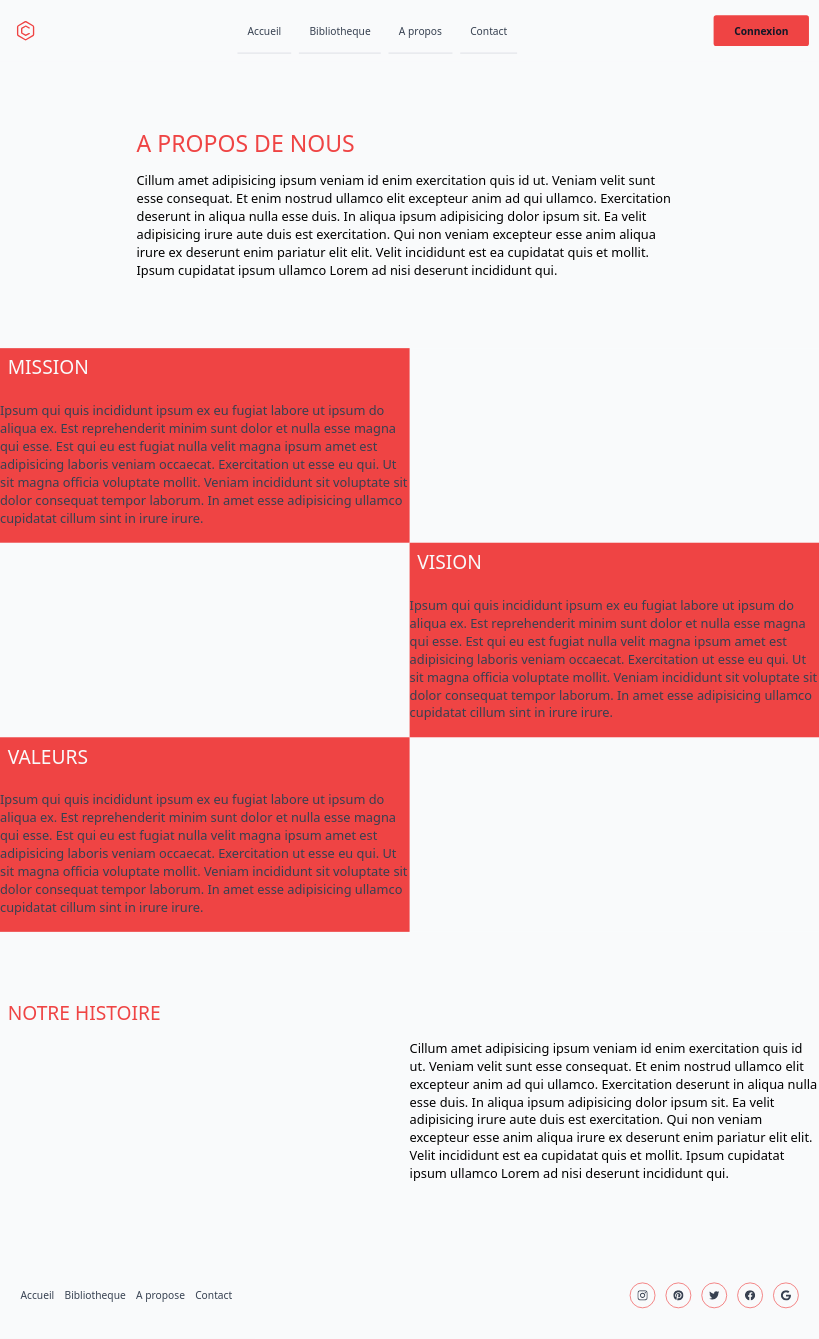
Repository: erulabs243/museum
Page: /about
These files come from the project's save history. The page is drawn as it stood at one moment and after the next save; the edit follows.
The browser window is 1280 px wide. The pictures show the whole page, at 64% of full size.
The project was rebuilt for these pictures with package versions that can differ from the ones it lists, and the page was loaded fresh each time. Also part of the build but not shown: vite.config.js, src/pages/admin/Home.jsx, src/pages/commons/NotFound.jsx, src/components/atoms/TagBadge.jsx, src/components/atoms/MyAudioPlayer.jsx, src/components/atoms/MyVideoPlayer.jsx, src/components/atoms/MediaCard.jsx, src/components/sections/Testimonial.jsx and 16 more.

Above is the page before, as saved 2022-08-10 14:33:42.

### index.html
<!DOCTYPE html>
<html lang="en">
  <head>
    <meta charset="UTF-8" />
    <link rel="icon" type="image/svg+xml" href="/vite.svg" />
    <link rel="stylesheet" href="src/theme/App.css">
    <meta name="viewport" content="width=device-width, initial-scale=1.0" />
    <title>Museum...</title>
  </head>
  <body class="bg-gray-50">
    <div id="root"></div>
    <script type="module" src="/src/main.jsx"></script>
  </body>
</html>

### src/App.jsx
'use strict';

import {BrowserRouter, Route, Routes} from 'react-router-dom';
import { AdminRoutes, CommonsRoutes, UserRoutes, AuthRoutes } from './routes';

const App = () => {
  return (
      <BrowserRouter>
        <Routes>
          {AuthRoutes.map(route => <Route path={route.path} key={route.path} element={route.element} />)}
          {UserRoutes.map(route => <Route path={route.path} key={route.path} element={route.element} />)}
          {AdminRoutes.map(route => <Route path={route.path} key={route.path} element={route.element} />)}
          {CommonsRoutes.map(route => <Route path={route.path} key={route.path} element={route.element} />)}
        </Routes>
      </BrowserRouter>
  );
};

export default App

### src/routes/index.jsx
'use strict';

import AdminRoutes from "./AdminRoutes";
import CommonsRoutes from "./CommonsRoutes";
import UserRoutes from "./UserRoutes";
import AuthRoutes from "./AuthRoutes";

export {UserRoutes, AdminRoutes, CommonsRoutes, AuthRoutes};

### src/routes/AdminRoutes.jsx
'use strict';

import { Home } from "../pages/admin";

const AdminRoutes = [
    {
        path: '/admin',
        element: <Home />
    }
];

export default AdminRoutes;

### src/routes/CommonsRoutes.jsx
'use strict';

import {NotFound} from '../pages/commons';

const CommonsRoutes = [
    {
        path: '*',
        element: <NotFound />
    }
]

export default CommonsRoutes;

### src/routes/UserRoutes.jsx
'use strict';

import {
    About,
    Contact,
    Gallery,
    Home,
    Library,
    Podcast,
    Story,
    Testimonials,
    Videos
} from '../pages/user';

const UserRoutes = [
    {
        path: '/',
        element: <Home />
    },
    {
        path: '/contact',
        element: <Contact />
    },
    {
        path: '/library',
        element: <Library />
    },
    {
        path: '/stories',
        element: <Testimonials />
    },
    {
        path: '/stories/:slug',
        element: <Story />
    },
    {
        path: '/gallery',
        element: <Gallery />
    },
    {
        path: '/videos',
        element: <Videos />
    },
    {
        path: '/podcast',
        element: <Podcast />
    },
    {
        path: '/about',
        element: <About />
    }
];

export default UserRoutes;

### src/routes/AuthRoutes.jsx
'use strict';

import {Login} from '../pages/auth';

const AuthRoutes = [
    {
        path: '/login',
        element: <Login />
    }
];

export default AuthRoutes;

### src/pages/admin/index.jsx
'use strict';

import Home from './Home';

export {Home};

### src/pages/commons/index.jsx
'use strict';

import NotFound from './NotFound';

export {NotFound};

### src/pages/user/index.jsx
'use strict';

import Blog from './Blog';
import Contact from './Contact';
import Gallery from './Gallery';
import Library from './Library';
import Podcast from './Podcast';
import Testimonials from './Testimonials';
import Videos from './Videos';
import Home from './Home';
import Story from './Story';
import About from './About';

export { Home, Blog, Contact, Gallery, Library, Podcast, Testimonials, Videos, Story, About };

### src/pages/auth/index.jsx
'use strict';

import Login from "./Login";

export {Login};

### src/pages/user/About.jsx
'use strict';

import { Footer, Navbar } from '../../components/sections';

const About = () => {
    return (
        <main>
            <Navbar />

            {/* ABOUT */}
            <section className="py-12 px-12 md:px-0 md:py-24 bg-gray-50">
                <div className="flex flex-col w-full md:w-2/3 mx-auto">
                    <h1 className="uppercase text-4xl text-red-500 py-3">A propos de nous</h1>
                    <div className="sm:grid sm:grid-cols-2 py-3">
                        <p className="text-xl">
                            Cillum amet adipisicing ipsum veniam id enim exercitation quis id ut.
                            Veniam velit sunt esse consequat. Et enim nostrud ullamco elit excepteur
                            anim ad qui ullamco. Exercitation deserunt in aliqua nulla esse duis. In
                            aliqua ipsum adipisicing dolor ipsum sit. Ea velit adipisicing irure
                            aute duis est exercitation. Qui non veniam excepteur esse anim aliqua
                            irure ex deserunt enim pariatur elit elit. Velit incididunt est ea
                            cupidatat quis et mollit. Ipsum cupidatat ipsum ullamco Lorem ad nisi
                            deserunt incididunt qui.
                        </p>
                    </div>
                </div>
            </section>

            {/* MISSION */}
            <section>
                <div className="grid grid-cols-1 md:grid-cols-2">
                    <div className="bg-red-500 text-gray-50 p-24">
                        <h1 className="text-3xl text-left py-3 px-3 uppercase">Mission</h1>
                        <p className="text-xl w-2/3 text-gray-700 mx-auto py-6">
                            Ipsum qui quis incididunt ipsum ex eu fugiat labore ut ipsum do aliqua
                            ex. Est reprehenderit minim sunt dolor et nulla esse magna qui esse. Est
                            qui eu est fugiat nulla velit magna ipsum amet est adipisicing laboris
                            veniam occaecat. Exercitation ut esse eu qui. Ut sit magna officia
                            voluptate mollit. Veniam incididunt sit voluptate sit dolor consequat
                            tempor laborum. In amet esse adipisicing ullamco cupidatat cillum sint
                            in irure irure.
                        </p>
                    </div>
                </div>
            </section>

            {/* VISION */}
            <section>
                <div className="grid grid-cols-2">
                    <div></div>
                    <div className="bg-red-500 text-gray-50 p-24">
                        <h1 className="text-3xl text-right py-3 px-3 uppercase">Vision</h1>
                        <p className="text-xl w-2/3 text-gray-700 mx-auto py-6">
                            Ipsum qui quis incididunt ipsum ex eu fugiat labore ut ipsum do aliqua
                            ex. Est reprehenderit minim sunt dolor et nulla esse magna qui esse. Est
                            qui eu est fugiat nulla velit magna ipsum amet est adipisicing laboris
                            veniam occaecat. Exercitation ut esse eu qui. Ut sit magna officia
                            voluptate mollit. Veniam incididunt sit voluptate sit dolor consequat
                            tempor laborum. In amet esse adipisicing ullamco cupidatat cillum sint
                            in irure irure.
                        </p>
                    </div>
                </div>
            </section>

            {/* VALUES */}
            <section>
                <div className="grid grid-cols-2">
                    <div className="bg-red-500 text-gray-50 p-24">
                        <h1 className="text-3xl text-left py-3 px-3 uppercase">Valeurs</h1>
                        <p className="text-xl w-2/3 text-gray-700 mx-auto py-6">
                            Ipsum qui quis incididunt ipsum ex eu fugiat labore ut ipsum do aliqua
                            ex. Est reprehenderit minim sunt dolor et nulla esse magna qui esse. Est
                            qui eu est fugiat nulla velit magna ipsum amet est adipisicing laboris
                            veniam occaecat. Exercitation ut esse eu qui. Ut sit magna officia
                            voluptate mollit. Veniam incididunt sit voluptate sit dolor consequat
                            tempor laborum. In amet esse adipisicing ullamco cupidatat cillum sint
                            in irure irure.
                        </p>
                    </div>
                </div>
            </section>

            {/* STORY */}
            <section className="py-24 bg-gray-50">
                <div className="flex flex-col w-2/3 mx-auto">
                    <h1 className="text-3xl text-red-500 py-3 px-3 uppercase text-right">
                        Notre histoire
                    </h1>
                    <div className="grid grid-cols-2 py-3">
                        <div></div>
                        <p className="text-xl text-right">
                            Cillum amet adipisicing ipsum veniam id enim exercitation quis id ut.
                            Veniam velit sunt esse consequat. Et enim nostrud ullamco elit excepteur
                            anim ad qui ullamco. Exercitation deserunt in aliqua nulla esse duis. In
                            aliqua ipsum adipisicing dolor ipsum sit. Ea velit adipisicing irure
                            aute duis est exercitation. Qui non veniam excepteur esse anim aliqua
                            irure ex deserunt enim pariatur elit elit. Velit incididunt est ea
                            cupidatat quis et mollit. Ipsum cupidatat ipsum ullamco Lorem ad nisi
                            deserunt incididunt qui.
                        </p>
                    </div>
                </div>
            </section>

            <Footer />
        </main>
    );
};

export default About;

### src/components/sections/index.jsx
'use strict';

import Navbar from './Navbar';
import Footer from './Footer';
import Testimonial from './Testimonial';
import LibraryHeader from './LibraryHeader';
import Pagination from './Pagination';
import Article from './Article';
import Image from './Image';
import Modal from './Modal';

export { Navbar, Footer, Testimonial, LibraryHeader, Pagination, Article, Image, Modal };

### src/components/atoms/index.jsx
'use strict';

import NavLink from './headers/NavLink';
import Button from './headers/Button';
import TagBadge from './TagBadge';
import MyAudioPlayer from './MyAudioPlayer';
import MyVideoPlayer from './MyVideoPlayer';
import MediaCard from './MediaCard';

export { Button, NavLink, TagBadge, MyAudioPlayer, MyVideoPlayer, MediaCard };

### src/components/sections/Navbar.jsx
'use strict';

import { Button, NavLink } from '../atoms';

const setActiveMenu = (menu) => {
    const urlHref = window.location.href;
    let url = urlHref;
    url = url.substring(url.lastIndexOf('/') + 1);
    if (
        urlHref.includes('stories') ||
        urlHref.includes('videos') ||
        urlHref.includes('podcast') ||
        urlHref.includes('gallery')
    )
        url = 'library';

    return menu == 'home' && url == '' ? true : url.includes(menu);
};

const Navbar = () => {
    return (
        <header className="p-4 sticky top-0 bg-gray-50 text-gray-700">
            <div className="container flex justify-between h-16 mx-auto">
                <a
                    rel="noopener noreferrer"
                    href="#"
                    aria-label="Back to homepage"
                    className="flex items-center p-2">
                    <svg
                        xmlns="http://www.w3.org/2000/svg"
                        fill="currentColor"
                        viewBox="0 0 32 32"
                        className="w-8 h-8 text-red-500">
                        <path d="M27.912 7.289l-10.324-5.961c-0.455-0.268-1.002-0.425-1.588-0.425s-1.133 0.158-1.604 0.433l0.015-0.008-10.324 5.961c-0.955 0.561-1.586 1.582-1.588 2.75v11.922c0.002 1.168 0.635 2.189 1.574 2.742l0.016 0.008 10.322 5.961c0.455 0.267 1.004 0.425 1.59 0.425 0.584 0 1.131-0.158 1.602-0.433l-0.014 0.008 10.322-5.961c0.955-0.561 1.586-1.582 1.588-2.75v-11.922c-0.002-1.168-0.633-2.189-1.573-2.742zM27.383 21.961c0 0.389-0.211 0.73-0.526 0.914l-0.004 0.002-10.324 5.961c-0.152 0.088-0.334 0.142-0.53 0.142s-0.377-0.053-0.535-0.145l0.005 0.002-10.324-5.961c-0.319-0.186-0.529-0.527-0.529-0.916v-11.922c0-0.389 0.211-0.73 0.526-0.914l0.004-0.002 10.324-5.961c0.152-0.090 0.334-0.143 0.53-0.143s0.377 0.053 0.535 0.144l-0.006-0.002 10.324 5.961c0.319 0.185 0.529 0.527 0.529 0.916z"></path>
                        <path d="M22.094 19.451h-0.758c-0.188 0-0.363 0.049-0.515 0.135l0.006-0.004-4.574 2.512-5.282-3.049v-6.082l5.282-3.051 4.576 2.504c0.146 0.082 0.323 0.131 0.508 0.131h0.758c0.293 0 0.529-0.239 0.529-0.531v-0.716c0-0.2-0.11-0.373-0.271-0.463l-0.004-0.002-5.078-2.777c-0.293-0.164-0.645-0.26-1.015-0.26-0.39 0-0.756 0.106-1.070 0.289l0.010-0.006-5.281 3.049c-0.636 0.375-1.056 1.055-1.059 1.834v6.082c0 0.779 0.422 1.461 1.049 1.828l0.009 0.006 5.281 3.049c0.305 0.178 0.67 0.284 1.061 0.284 0.373 0 0.723-0.098 1.027-0.265l-0.012 0.006 5.080-2.787c0.166-0.091 0.276-0.265 0.276-0.465v-0.716c0-0.293-0.238-0.529-0.529-0.529z"></path>
                    </svg>
                </a>
                <ul className="items-stretch hidden space-x-3 lg:flex">
                    <li className="flex">
                        <NavLink
                            link={{ name: 'Accueil', path: '', active: setActiveMenu('home') }}
                        />
                    </li>
                    <li className="flex">
                        <NavLink
                            link={{
                                name: 'Bibliotheque',
                                path: 'stories',
                                active: setActiveMenu('library')
                            }}
                        />
                    </li>
                    <li className="flex">
                        <NavLink
                            link={{
                                name: 'A propos',
                                path: 'about',
                                active: setActiveMenu('about')
                            }}
                        />
                    </li>
                    <li className="flex">
                        <NavLink
                            link={{
                                name: 'Contact',
                                path: 'contact',
                                active: setActiveMenu('contact')
                            }}
                        />
                    </li>
                </ul>
                <div className="items-center flex-shrink-0 hidden lg:flex">
                    {/* <button className="self-center px-8 py-3 rounded">Sign in</button> */}
                    <Button link={{ name: 'Connexion' }} />
                </div>
                <button className="p-4 lg:hidden">
                    <svg
                        xmlns="http://www.w3.org/2000/svg"
                        fill="none"
                        viewBox="0 0 24 24"
                        stroke="currentColor"
                        className="w-6 h-6 text-gray-100">
                        <path
                            strokeLinecap="round"
                            strokeLinejoin="round"
                            strokeWidth="2"
                            d="M4 6h16M4 12h16M4 18h16"></path>
                    </svg>
                </button>
            </div>
        </header>
    );
};

export default Navbar;

### src/components/atoms/headers/NavLink.jsx
'use strict';

import { Link } from 'react-router-dom';

const NavLink = ({ link = {} }) => {
  return (
    <Link
      rel="noopener noreferrer"
      to={`/${link.path}`}
      className={
        link.active
          ? 'flex items-center px-4 -mb-1 border-b-2 dark:border-transparent dark:text-red-500 dark:border-red-500'
          : 'flex items-center px-4 -mb-1 border-b-2 dark:border-transparent'
      }>
      {link.name}
    </Link>
  );
};

export default NavLink;

### src/components/atoms/headers/Button.jsx
'use strict';

const Button = ({ link = {} }) => {
  return (
    <button className="self-center px-8 py-3 font-semibold rounded bg-red-500 text-gray-900">
      {link.name}
    </button>
  );
};

export default Button;

Loaded but not shown: src/main.jsx (common file); src/theme/App.css (2450 lines, source omitted); src/components/sections/Footer.jsx (105 lines, source omitted)

After the next save:
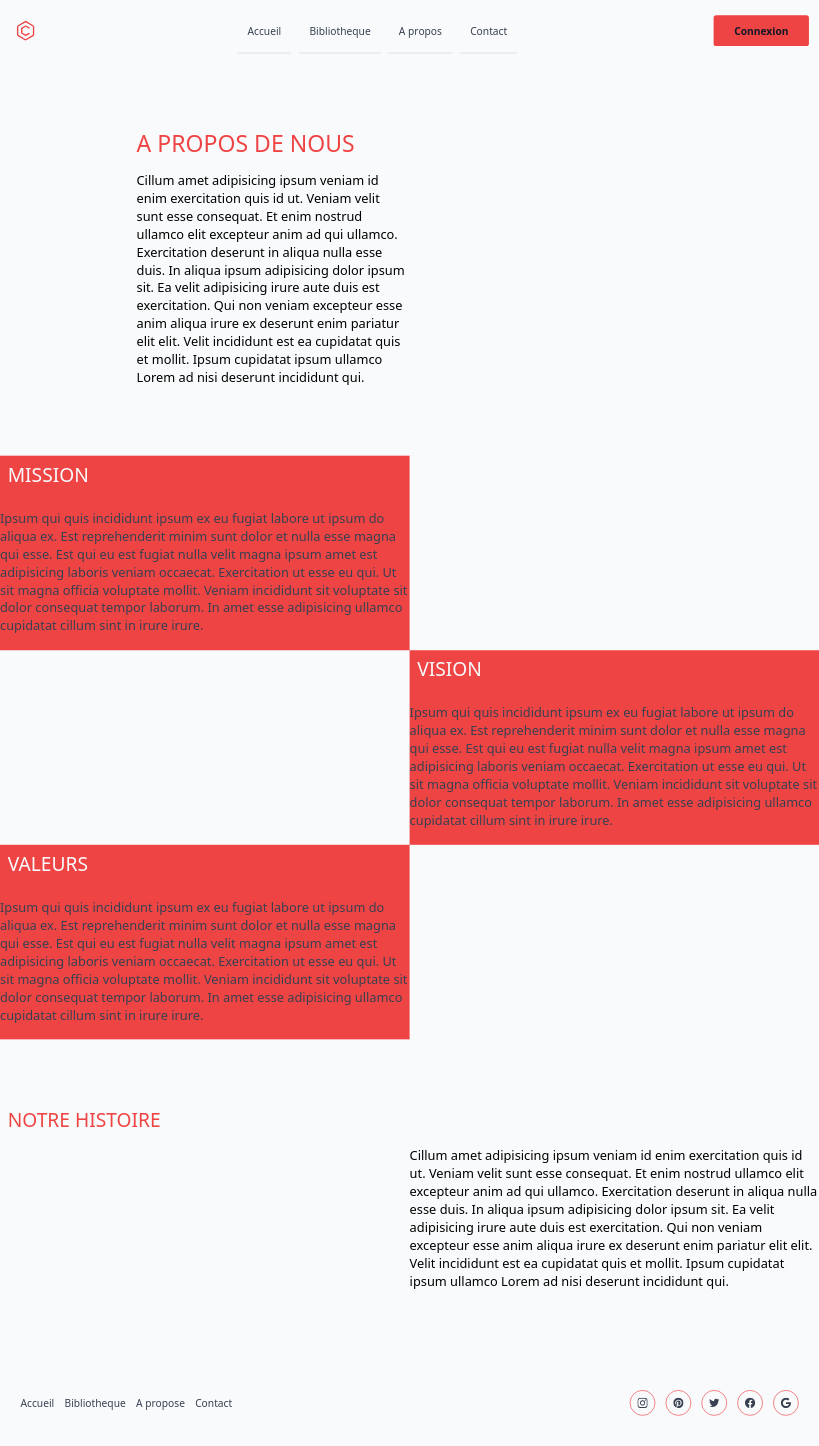
Saved 20 s later.
--- a/src/pages/user/About.jsx
+++ b/src/pages/user/About.jsx
@@ -11,7 +11,7 @@ const About = () => {
             <section className="py-12 px-12 md:px-0 md:py-24 bg-gray-50">
                 <div className="flex flex-col w-full md:w-2/3 mx-auto">
                     <h1 className="uppercase text-4xl text-red-500 py-3">A propos de nous</h1>
-                    <div className="sm:grid sm:grid-cols-2 py-3">
+                    <div className="grid grid-cols-1 md:grid-cols-2 py-3">
                         <p className="text-xl">
                             Cillum amet adipisicing ipsum veniam id enim exercitation quis id ut.
                             Veniam velit sunt esse consequat. Et enim nostrud ullamco elit excepteur
